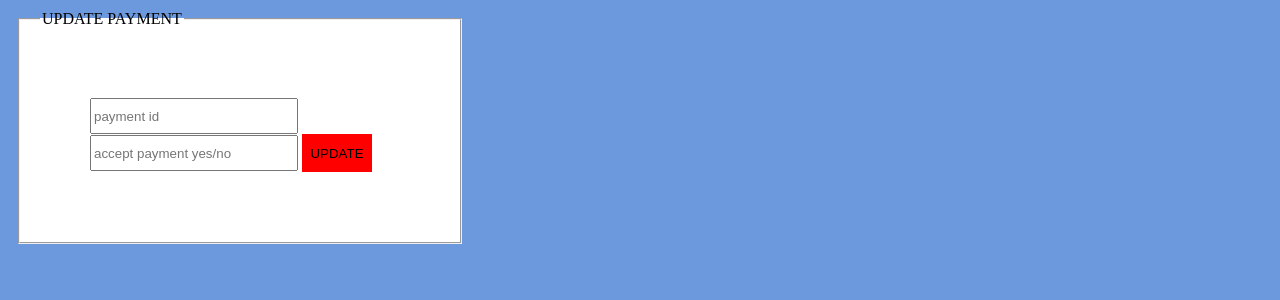
Repository: Nihara-R/Vehicle-Insurance-Portal
Page: http://localhost/paymentupdate.php
The author's editor kept a copy of each file at every save. The page is drawn from the files as they stood at one save, then again after the next save.
The browser window is 1280 px wide. The pictures show the whole page.
The page is run by PHP 8.4 with error messages shown; the project is at /var/www/html/.

Above is the page before, as saved 2023-06-29 09:08:58.

### paymentupdate.php
<!DOCTYPE html>
<html lang="en" dir="ltr">
  <head>
    <meta charset="utf-8">
    <title></title>
    <link rel="stylesheet" href="css/deletuser.css">
  </head>
  <body>
    <fieldset>
<legend>UPDATE PAYMENT</legend>

    <form class="" action="include/update_payment.inc.php" method="post">

      <input type="text" name="id" value="" placeholder="payment id" class="textbox">
      <input type="text" name="accept" value="" placeholder="accept payment yes/no" class="textbox">

      <input type="submit" name="submit" value="UPDATE" class="button">

</fieldset>
    </form>

  </body>
</html>

### css/deletuser.css
body{
  background: #6C99DE;
}
form{
margin: 50px;
}
.deletebox{
  margin: 200px;
  margin-left: 470px;
  padding: 50px;
  height: 230px;
  border: 3px solid black;
  background-color: white;
  box-shadow: 0 10px 10px rgba(0,0, 0, 0.60);
  width: 30%;
}
fieldset{
  width: 400px;
  padding: 20px;
  align-items: center;
  justify-content: center;
  margin-left: 10px;
  margin-top: 10px;

  background: white;
}
.button{
  background: red;
  height: 38px;
  width: 70px;
  border: none;
}
.textbox{
  height: 30px;
  width: 200px;

}

After the next save:
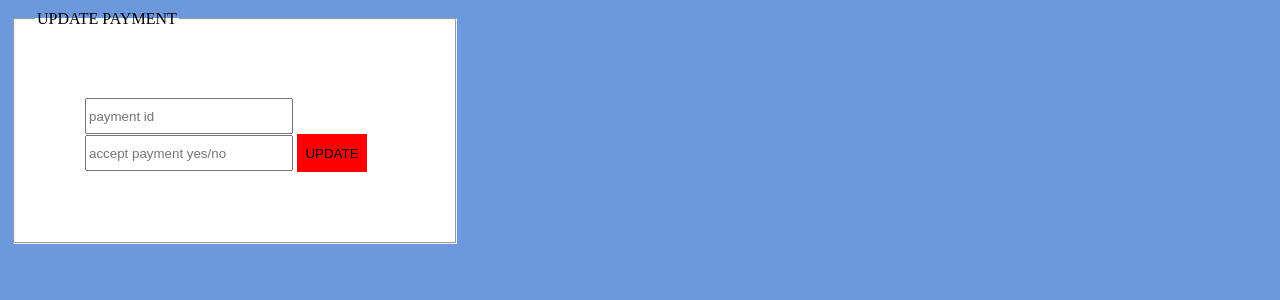
Saved 14 s later.
--- a/css/deletuser.css
+++ b/css/deletuser.css
@@ -19,7 +19,7 @@ fieldset{
   padding: 20px;
   align-items: center;
   justify-content: center;
-  margin-left: 10px;
+  margin-left: 5px;
   margin-top: 10px;
 
   background: white;
